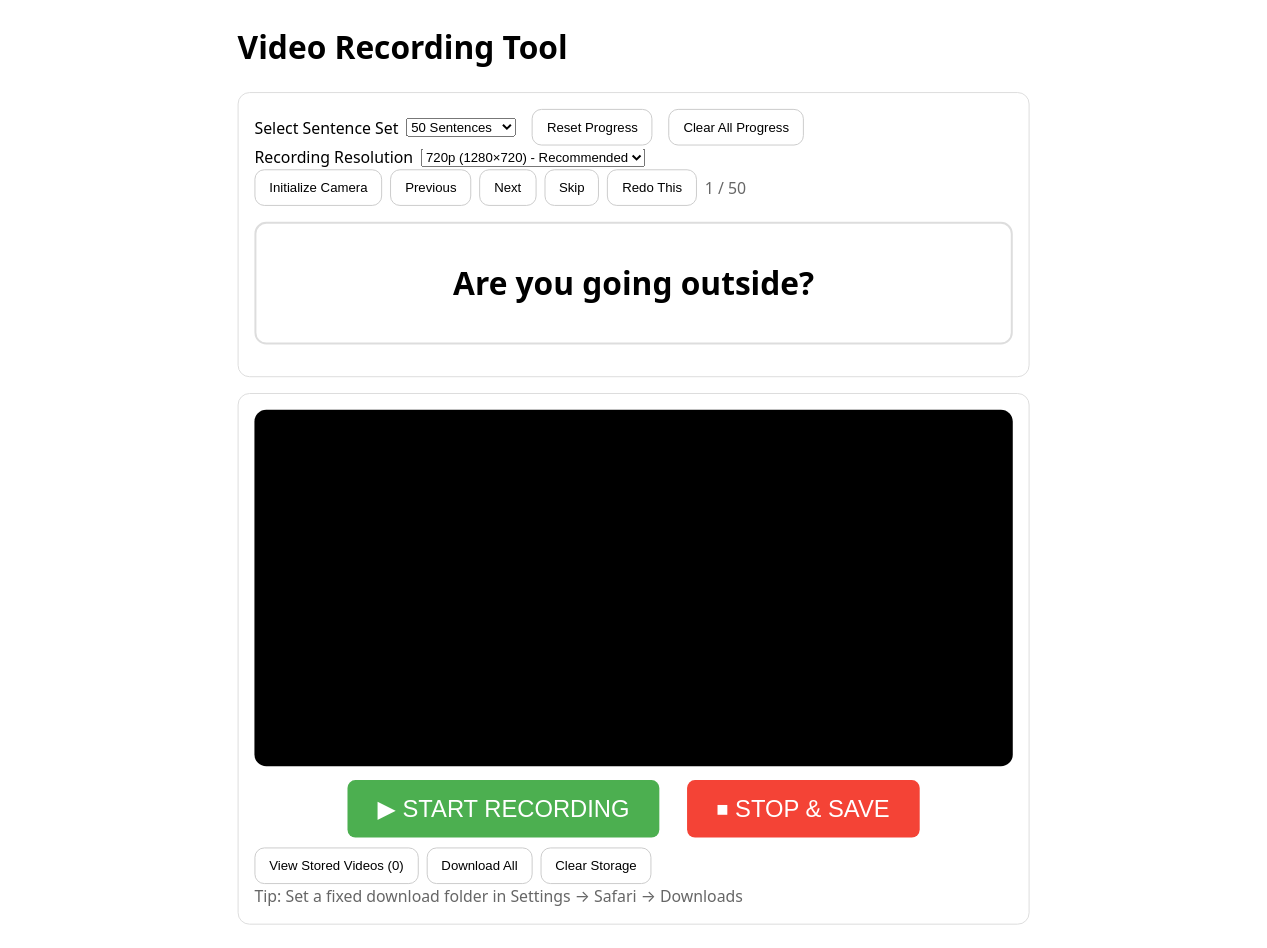
Repository: video2speech/video2speech.github.io
Page: index.html
The author's editor kept a copy of each file at every save. The page is drawn from the files as they stood at one save, then again after the next save.
The browser window is 1280 px wide. The pictures show the whole page, at 99% of full size.

Above is the page before, as saved 2025-09-04 06:17:31.

After the next save:
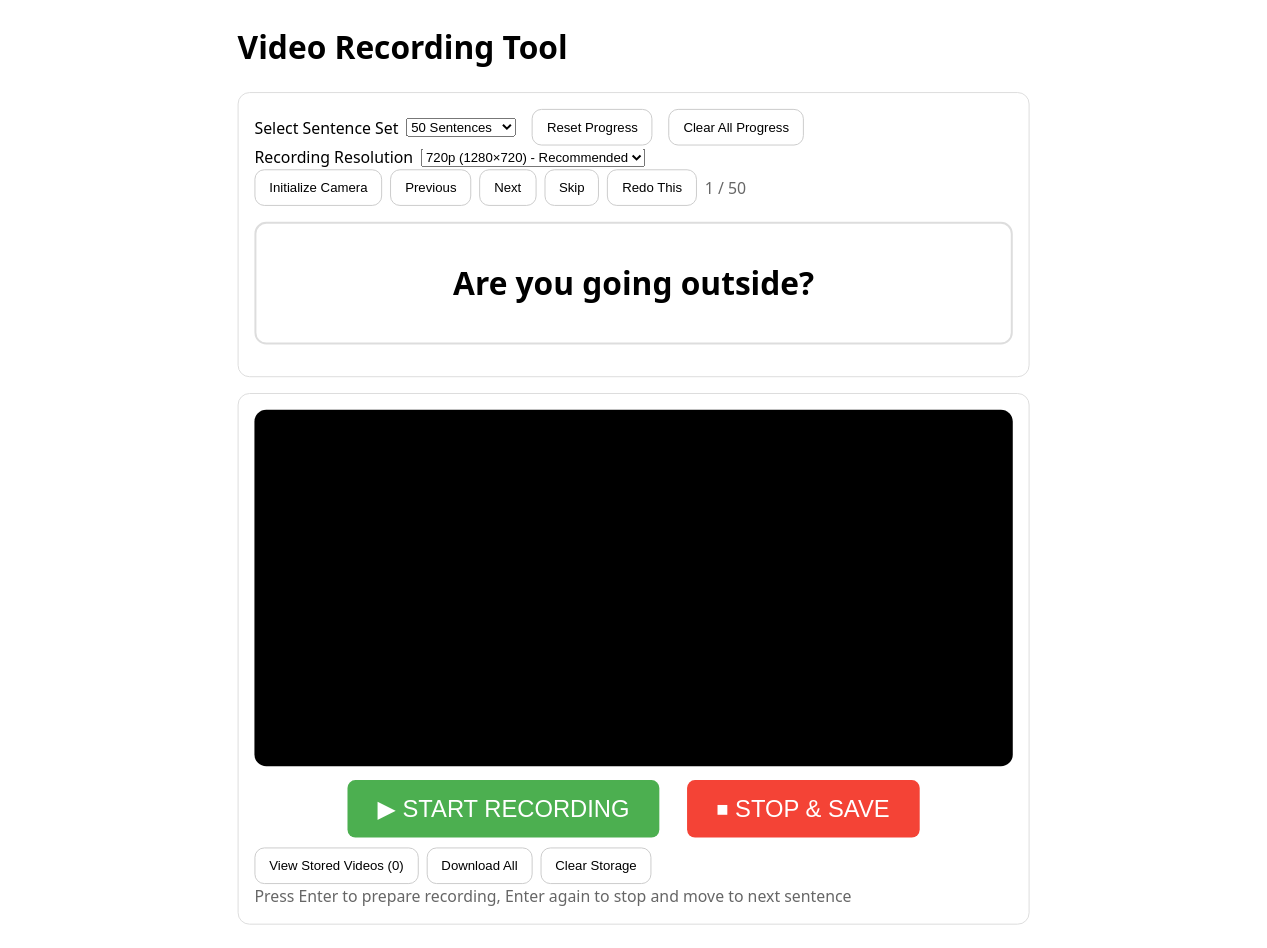
Saved 6 s later.
--- a/index.html
+++ b/index.html
@@ -71,7 +71,7 @@
       <span class="muted" id="storageInfo"></span>
     </div>
     <div class="row">
-      <span class="muted" id="downloadTip">Tip: Set a fixed download folder in Settings → Safari → Downloads</span>
+      <span class="muted" id="downloadTip">Press Enter to prepare recording, Enter again to stop and move to next sentence</span>
     </div>
   </div>
 
